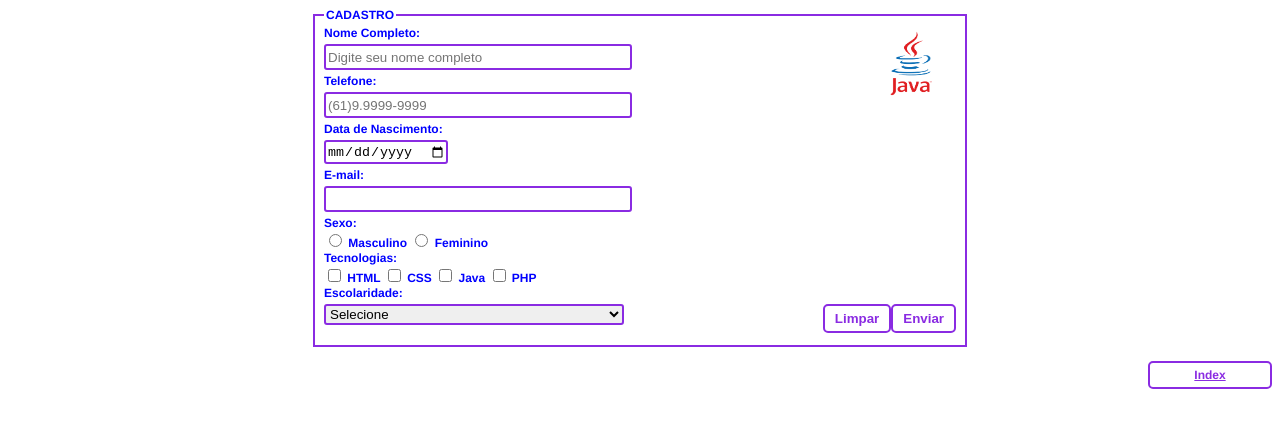
Repository: weristec/form-web
Page: http://localhost/form-cadas-pessoa/form-cadastro.jsp
These files come from the project's save history. The page is drawn as it stood at one moment and after the next save; the edit follows.
The browser window is 1280 px wide. The pictures show the whole page.
The page is served by Tomcat 9. Nobody is signed in. The application's start-up code is not run. Other server files are loaded and not shown.

Above is the page before, as saved 2021-08-23 18:29:32.
Console error: TypeError: Cannot read properties of null (reading 'setAttribute')

### form-cadas-pessoa/src/main/webapp/form-cadastro.jsp
<%@page import="org.senai.dao.PessoaDao"%>
<%@page import="org.senai.model.Pessoa"%>
<%@ page language="java" contentType="text/html; charset=ISO-8859-1"
    pageEncoding="ISO-8859-1"%>
<!DOCTYPE html>
<html>
<head>
<meta charset="ISO-8859-1">
<title>Insert title here</title>
<link rel="stylesheet" href="css/estilo.css">

    <style>
        .bloco-inline label,
        .bloco-inline input,
        .bloco-inline * {
            display: inline;
        }
    </style>
</head>
<body>

	<%
	Pessoa p = new Pessoa();
	try {
		int id = Integer.parseInt(request.getParameter("id"));
		PessoaDao dao = new PessoaDao();
		p = dao.getPessoa(id);
	} catch (Exception e) {
	}
	//out.print(id);
	%>
    <form action="cadastro">
    <input type="hidden" name="id" value="<%=p.getId()%>">
        <fieldset>
            <legend>CADASTRO</legend>
            <img id="img-java" src="img/java.png" alt="imagem java">
            <label for="nome">Nome Completo:</label>
            <input class="larguraTexto" type="text" id="nome" name="nome"
                placeholder="Digite seu nome completo" value="<%=p.getNomeCompleto()%>">

            <label for="telefone">Telefone:</label>
            <input class="larguraTexto" type="text" placeholder="(61)9.9999-9999"
            	 id="tel" name="tel" value="<%=p.getTelefone()%>">

            <label for="dtNascimento">Data de Nascimento:</label>
            <input class="larguraTexto" type="date"
            	 id="nasc" name="nasc" value="<%=p.getDtNascimento()%>">

            <label for="email">E-mail:</label>
            <input class="larguraTexto" type="email" id="email"
            	name="email" value="<%=p.getEmail()%>">

            <label for="sexo">Sexo:</label>
            <div class="bloco-inline">
                <input type="radio" id="masc" name="sexo" value="m"> <label for="masc"> Masculino</label>
                <input type="radio" id="fem" name="sexo" value="f"> <label for="fem"> Feminino</label>
            </div>

            <label for="">Tecnologias:</label>
            <div class="bloco-inline">
                <input type="checkbox" id="html" name="tecnologia" value="html"> <label for="html"> HTML</label>
                <input type="checkbox" id="css" name="tecnologia" value="css"><label for="css"> CSS</label>
                <input type="checkbox" id="java" name="tecnologia" value="java"><label for="java"> Java</label>
                <input type="checkbox" id="php" name="tecnologia" value="php"><label for="php"> PHP</label>
            </div>

            <label for="">Escolaridade:</label>
            <select name="escolaridade" id="escolaridade">
                <option value="">Selecione</option>
                <option value="Fundamental">Fundamental</option>
                <option value="Ensino Médio">Ensino Médio</option>
                <option value="Superior">Superior</option>
            </select>

            <input type="submit" class="bt" value="Enviar">
            <input type="reset" class="bt" value="Limpar">
        </fieldset>
    </form>
    <script type="text/javascript">
		var lsSexo = document.getElementsByName("sexo");
		for (i in lsSexo) {
			if (lsSexo[i].value == '<%=p.getSexo()%>') {
				lsSexo[i].setAttribute('checked', 'checked');
			}
		}

		document.getElementById("escolaridade").value = "<%=p.getEscolaridade()%>";
	<%
	for (String t : p.getTecnologia()) {
	out.println("document.getElementById('" + t + "').setAttribute('checked', 'checked')");
	}
	%>

	</script>
	<br>
	<a href="index.jsp" class="bt3" style="float: right;">Index</a>
</body>
</html>

### form-cadas-pessoa/src/main/java/org/senai/model/Pessoa.java
package org.senai.model;

public class Pessoa {

	private int id;
	private String nome = "";
	private String tel = "";
	private String nasc = "";
	private String email = "";
	private String sexo = "";
	private String[] tecnologia = {""};
	private String escolaridade = "";

	public int getId() {
		return id;
	}

	public void setId(int id) {
		this.id = id;
	}

	public String getNomeCompleto() {
		return nome;
	}

	public void setNomeCompleto(String nome) {
		this.nome = nome;
	}

	public String getTelefone() {
		return tel;
	}

	public void setTelefone(String tel) {
		this.tel = tel;
	}

	public String getDtNascimento() {
		return nasc;
	}

	public void setDtNascimento(String nasc) {
		this.nasc = nasc;
	}

	public String getEmail() {
		return email;
	}

	public void setEmail(String email) {
		this.email = email;
	}

	public String getSexo() {
		return sexo;
	}

	public void setSexo(String sexo) {
		this.sexo = sexo;
	}

	public String[] getTecnologia() {
		return tecnologia;
	}

	public void setTecnologia(String[] tecnologia) {
		this.tecnologia = tecnologia;
	}

	public String getEscolaridade() {
		return escolaridade;
	}

	public void setEscolaridade(String escolaridade) {
		this.escolaridade = escolaridade;
	}

}

### form-cadas-pessoa/src/main/webapp/css/estilo.css
fieldset {
    width: 50%;
    margin: auto;
    border: 2px solid blueviolet;
}

body {
    font-family: Helvetica, sans-serif;
    font-size: 12px;
    font-weight: bold;
    color: blue;
  }

label,
input,
.classe,
#identificacao {
    display: block;
}

input[type=text], input[type=email], input[type=password], select{
    width: 300px;
}

input, select {
    margin-top: 4px;
    margin-bottom: 4px;
    border: 2px solid blueviolet;
    border-radius: 3px;

}

.larguraTexto{
    height: 20px;
}

.bt {
    border: 2px solid blueviolet;
    background-color: white;
    font-weight: bold;
    color:blueviolet;
    padding: 5px 10px;
    border-radius: 5px;
    float: right;
}
.bt3{
	width: 100px;
	border: 2px solid blueviolet;
    background-color: white;
    font-weight: bold;
    color:blueviolet;
    padding: 5px 10px;
    border-radius: 5px;
    text-align: center;
}

.bt:hover {
    cursor: pointer;
    background-color: blueviolet;
    color: white;
}


#img-java{
    float: right;
    height: 75px;
    width: 90px;
}

After the next save:
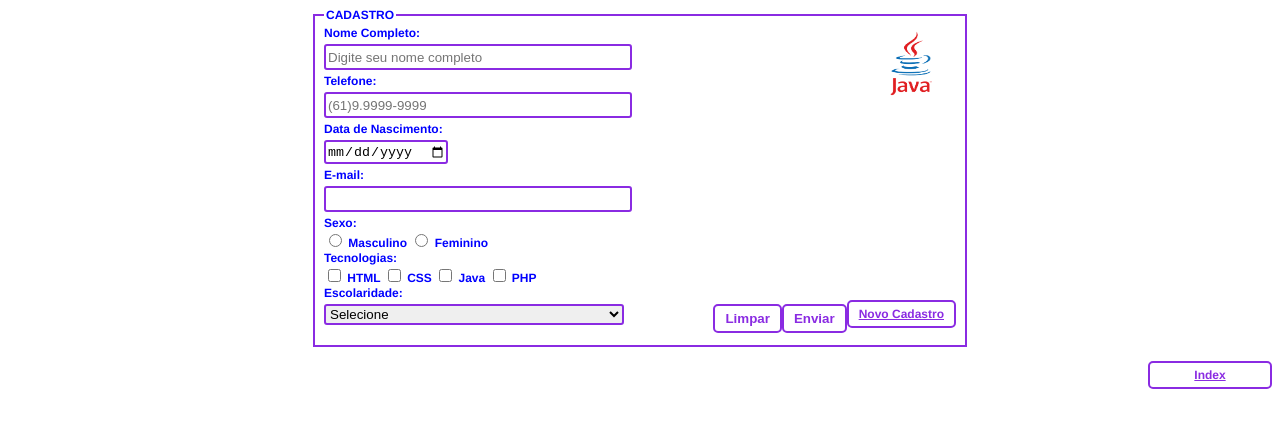
Saved 2 min 33 s later.
--- a/form-cadas-pessoa/src/main/webapp/form-cadastro.jsp
+++ b/form-cadas-pessoa/src/main/webapp/form-cadastro.jsp
@@ -70,7 +70,7 @@
                 <option value="Fundamental">Fundamental</option>
                 <option value="Ensino Médio">Ensino Médio</option>
                 <option value="Superior">Superior</option>
-            </select>
+            </select> <a class="bt" href="formCadastro.jsp">Novo Cadastro</a>
 
             <input type="submit" class="bt" value="Enviar">
             <input type="reset" class="bt" value="Limpar">
